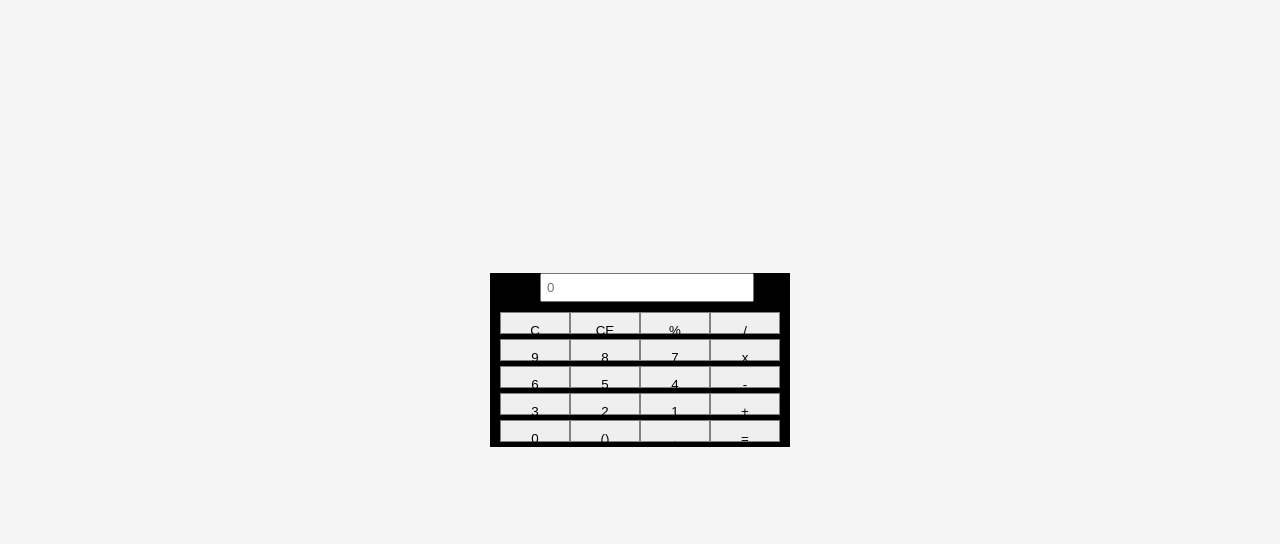
Repository: latenightsnacc/React-Projects
Page: / (app in calculator/)
The author's editor kept a copy of each file at every save. The page is drawn from the files as they stood at one save, then again after the next save.
The browser window is 1280 px wide. The pictures show the whole page.
The project was rebuilt for these pictures with package versions that can differ from the ones it lists, and the page was loaded fresh each time.

Above is the page before, as saved 2020-07-01 13:58:59.

After the next save:
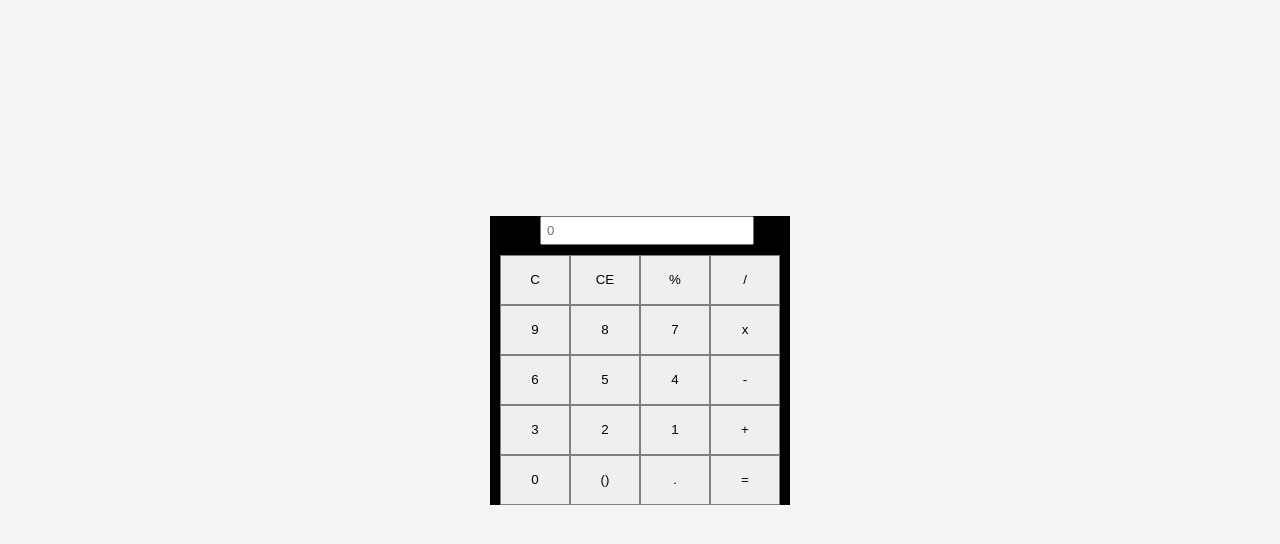
Saved 5 s later.
--- a/calculator/src/Styles/Buttons.scss
+++ b/calculator/src/Styles/Buttons.scss
@@ -3,7 +3,7 @@
     .button {
         padding: 10px;
         width: 70px;
-        height: 20px;
+        height: 50px;
         color: black;
         border: 1px solid grey;
     }
